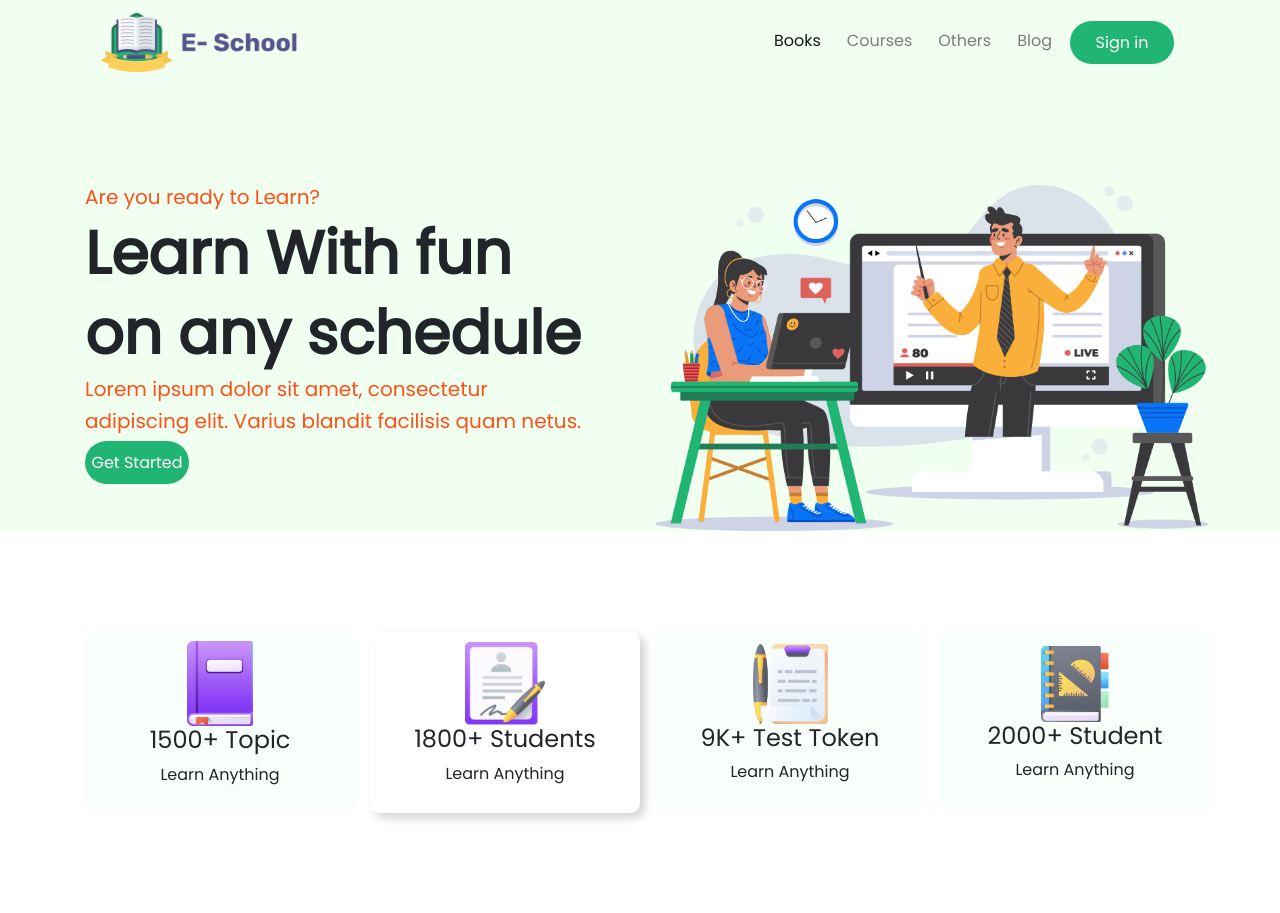
Repository: mohsinfarabi/e-school
Page: index.html
The author's editor kept a copy of each file at every save. The page is drawn from the files as they stood at one save, then again after the next save.
The browser window is 1280 px wide. The pictures show the whole page.

Above is the page before, as saved 2020-07-08 18:31:57.

After the next save:
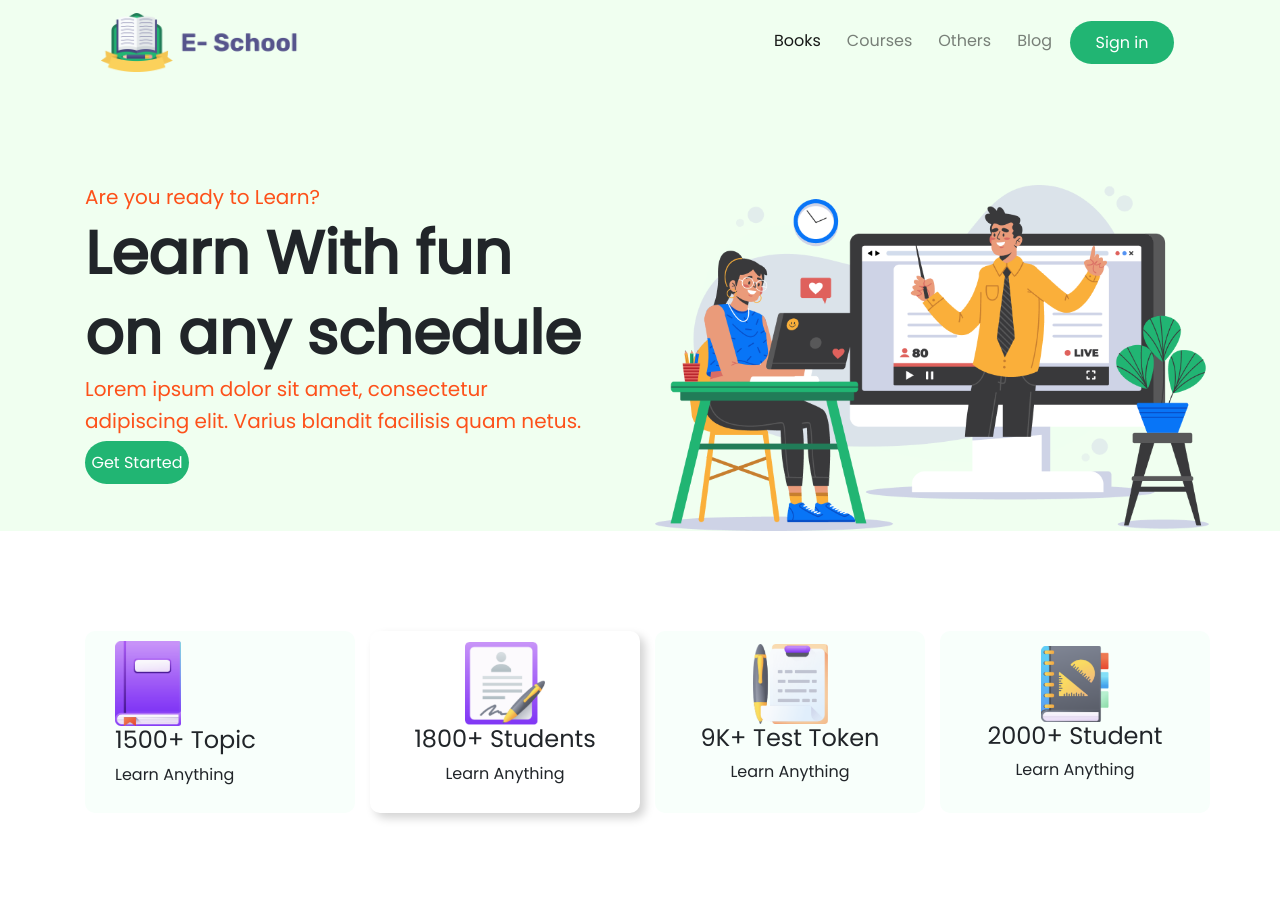
Saved 37 s later.
--- a/index.html
+++ b/index.html
@@ -68,7 +68,7 @@
     <div class="container categories">
         <div class="row">
             <div class="col-md-3">
-                <div class="cat1 h-100 d-flex flex-column justify-content-center align-items-center">
+                <div class="cat1 h-100 d-flex flex-column justify-content-center">
 
                     <img src="images/icon/book.png" alt="">
 
